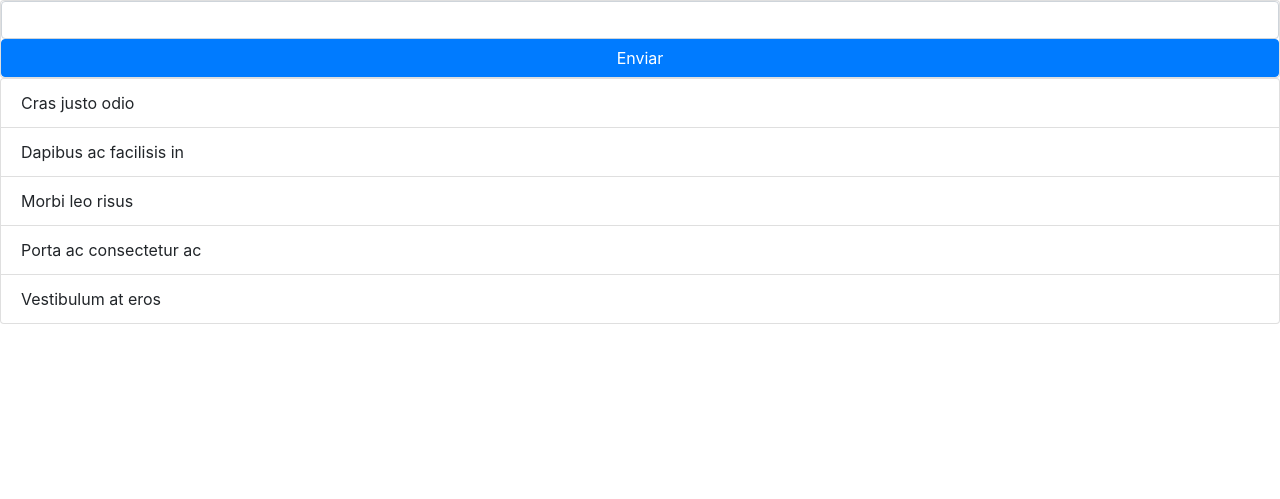
Repository: wolwerr/VueJs-Ninja
Page: Aula-15.html
An editor plug-in stored every save of this project. The page is shown before and after the next save, followed by the edit.
The browser window is 1280 px wide. The pictures show the whole page.

Above is the page before, as saved 2021-10-25 22:59:25.

After the next save:
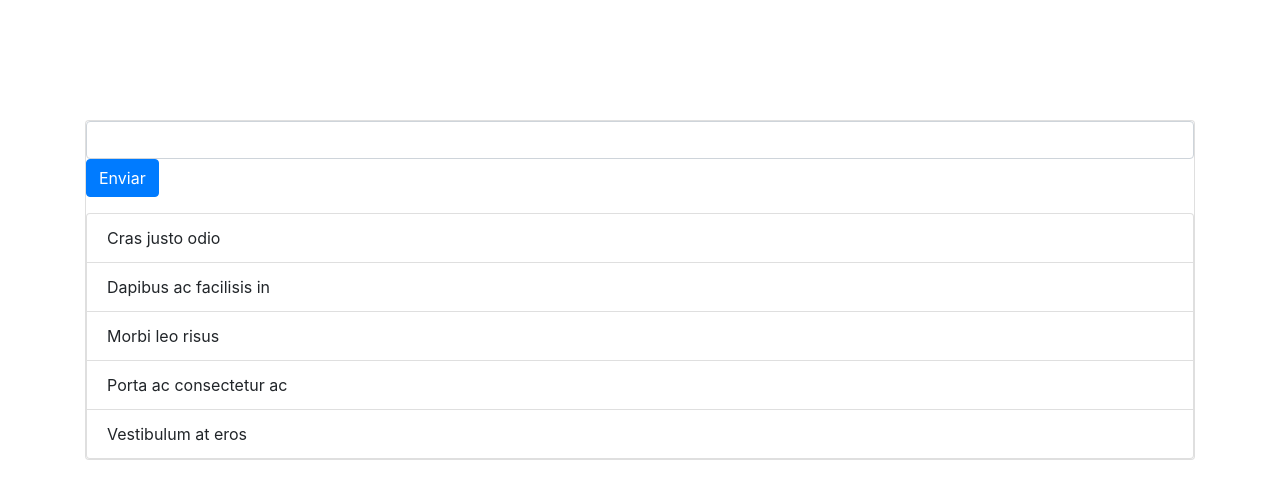
Saved 96 s later.
--- a/Aula-15.html
+++ b/Aula-15.html
@@ -10,7 +10,11 @@
 </head>
 <body>
     <div id="app">
-        <div class="card">
+        <br><br><br><br><br>
+        <div class="container">
+            <div class="card">
+                <div class="card-block">
+                    <div class="form-group">
             <input type="text" class="form-control">
             <button class="btn btn-primary">Enviar</button>
         </div>
